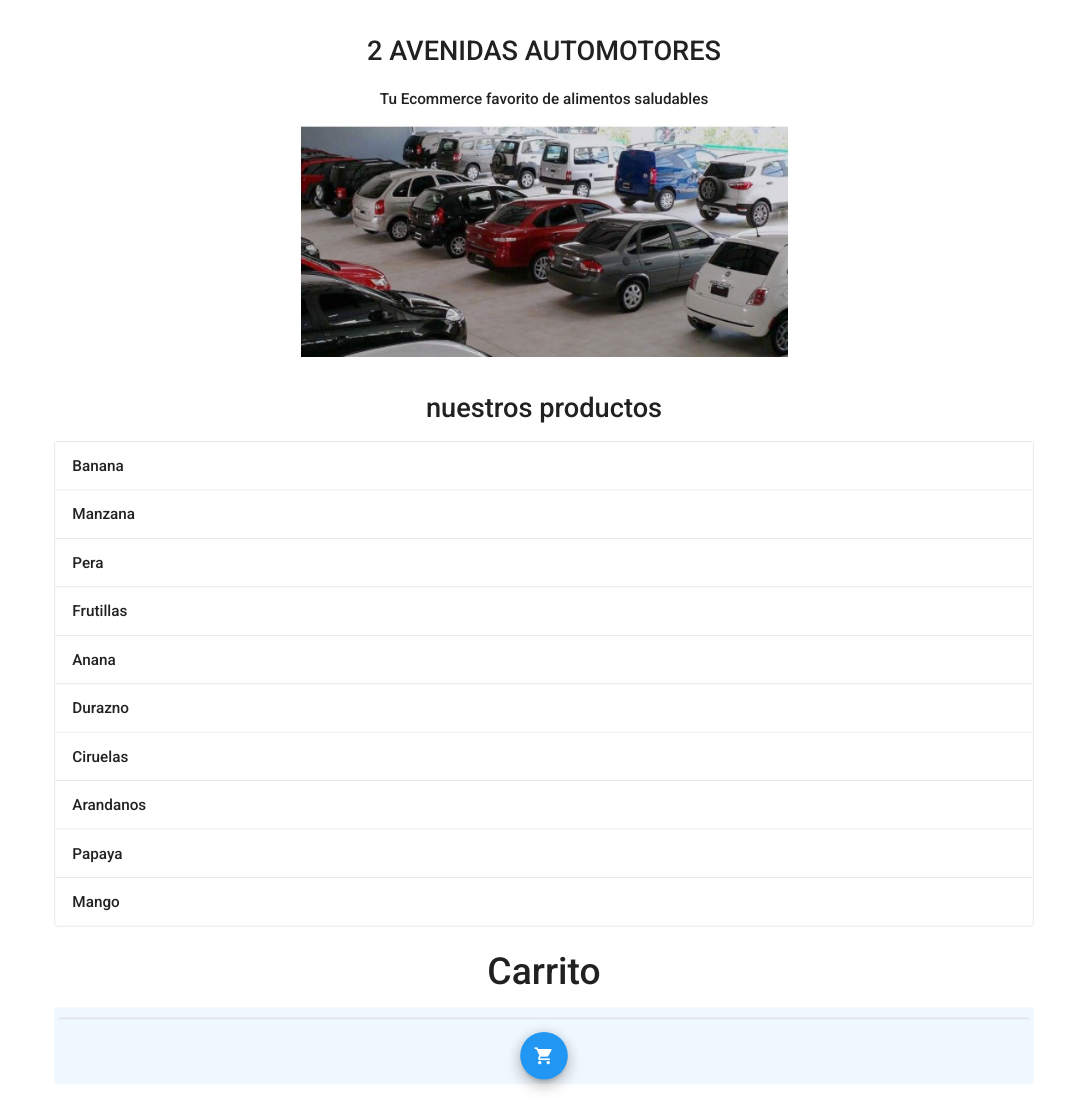
Repository: gadiazsaavedra/SimuladorInteractiv-14-03
Page: index.html
These files come from the project's save history. The page is drawn as it stood at one moment and after the next save; the edit follows.
The browser window is 1280 px wide. The pictures show the whole page, at 85% of full size.

Above is the page before, as saved 2022-03-14 22:42:32.

After the next save:
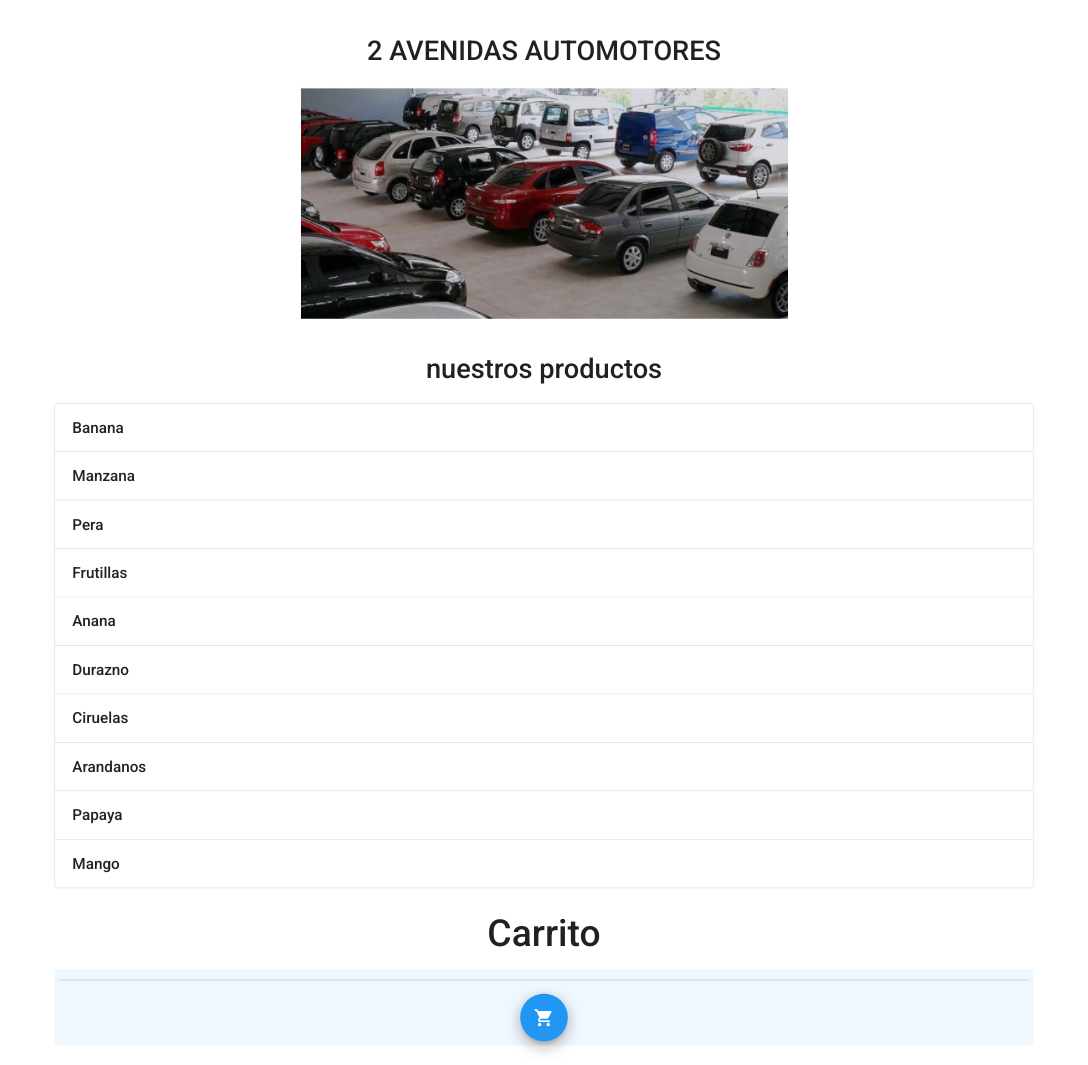
Saved 16 s later.
--- a/js/main.js
+++ b/js/main.js
@@ -1,5 +1,5 @@
 titulo.innerText = "2 AVENIDAS AUTOMOTORES"
-slogan.innerText = "Tu Ecommerce favorito de alimentos saludables"
+slogan.innerText = ""
 // titulo.innerText = "HARDWAREVINTAGE.COM"
 // slogan.innerText = "Tu Ecommerce favorito de repuestos informáticos out-of-stock"
 

After the 5 saves that followed:
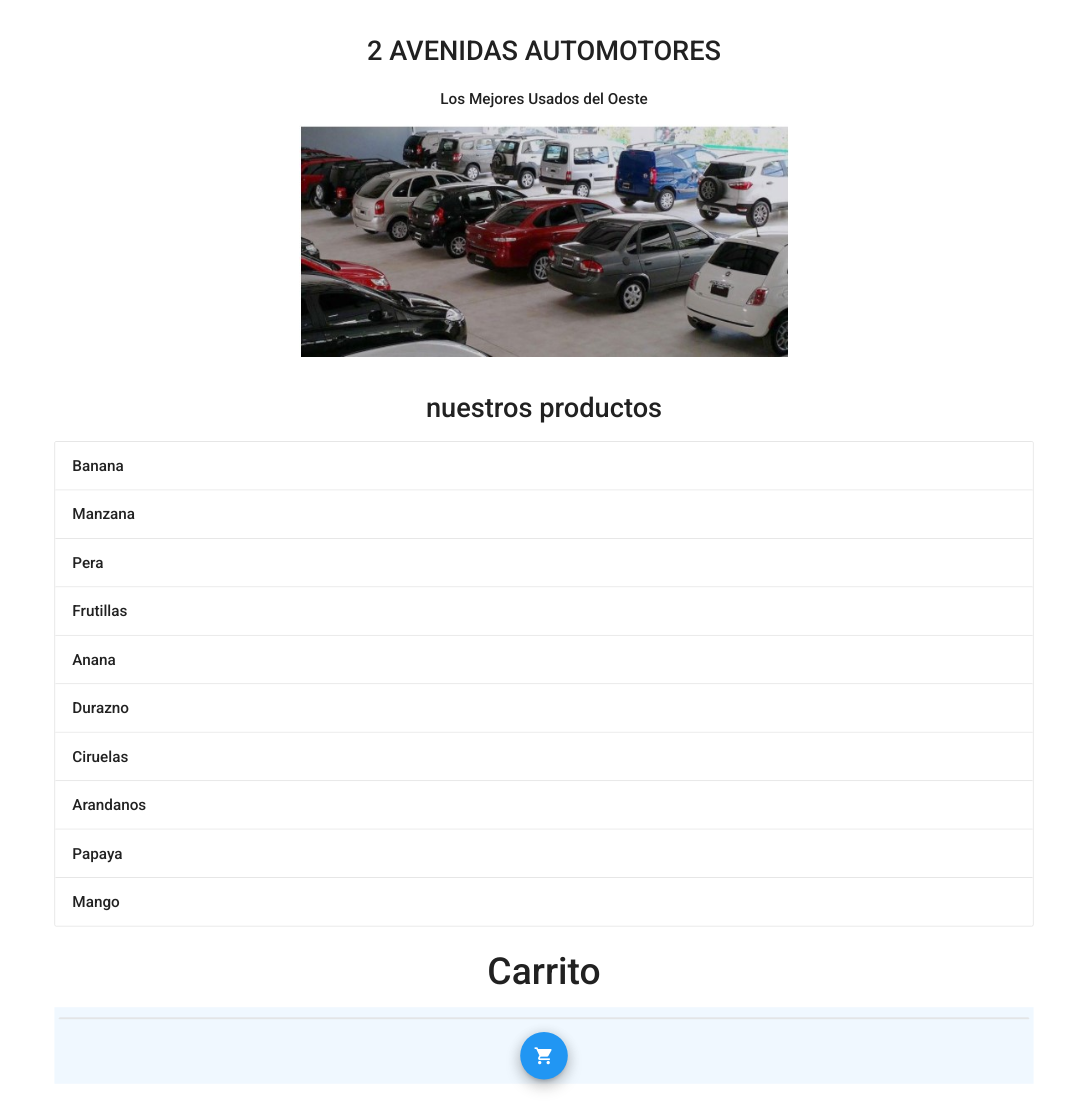
The 5 saves are shown as one change because they came seconds apart.
The last was saved 15 s later.
--- a/js/main.js
+++ b/js/main.js
@@ -1,5 +1,5 @@
 titulo.innerText = "2 AVENIDAS AUTOMOTORES"
-slogan.innerText = ""
+slogan.innerText = "Los Mejores Usados del Oeste"
 // titulo.innerText = "HARDWAREVINTAGE.COM"
 // slogan.innerText = "Tu Ecommerce favorito de repuestos informáticos out-of-stock"
 
